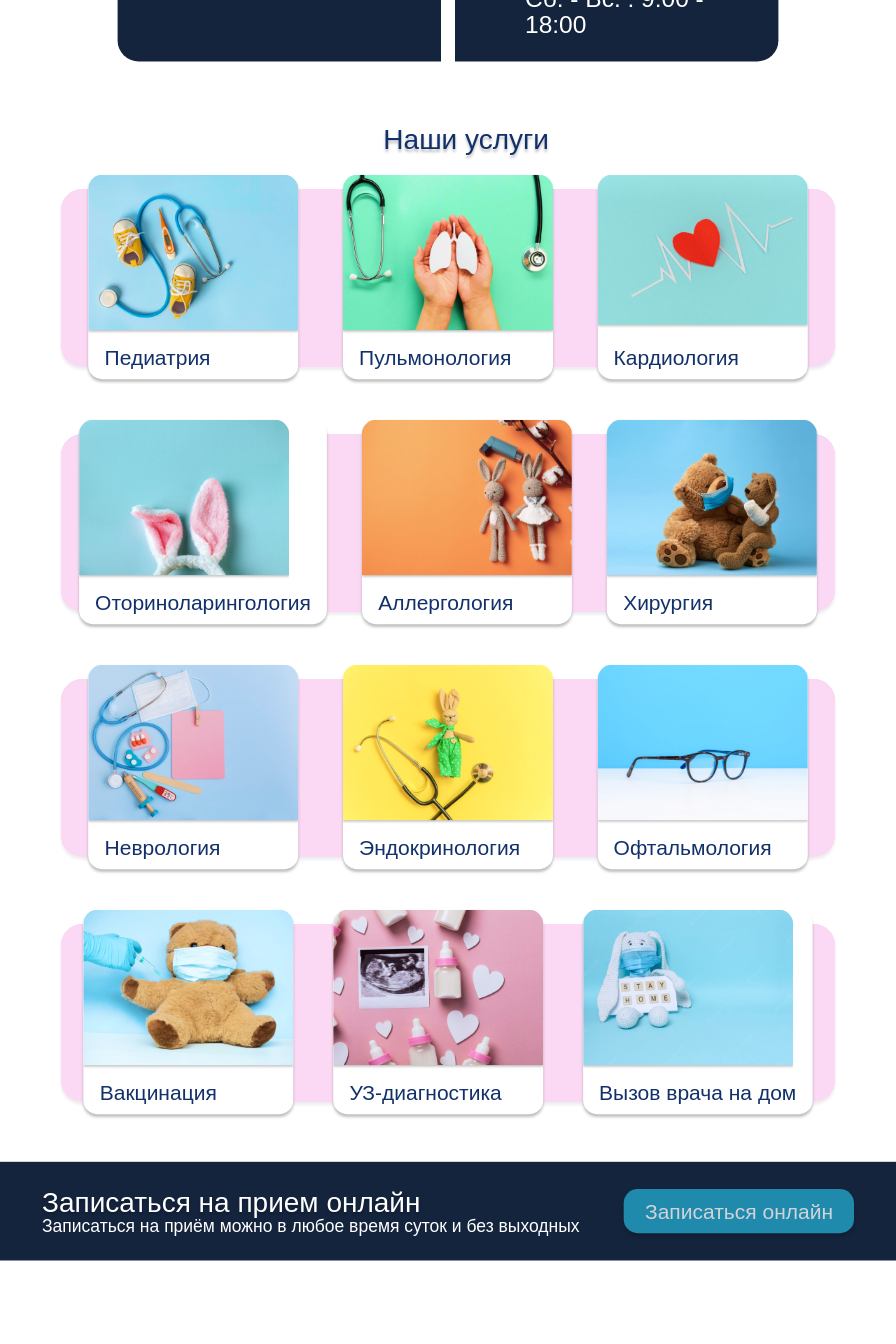
Repository: Normandy72/Landing-Page-Happy-Child
Page: index.html
These files come from the project's save history. The page is drawn as it stood at one moment and after the next save; the edit follows.
The browser window is 1280 px wide. The pictures show the part of the page from y = 1004 to 2924 px (the page is 8630 px tall before and 8638 px after), at 70% of full size.
Some web fonts or font styles are not loaded; a fallback is used.

Above is the page before, as saved 2022-11-12 18:45:26.

### index.html
<!DOCTYPE html>
<html lang="en">
<head>
    <meta charset="UTF-8">
    <meta http-equiv="X-UA-Compatible" content="IE=edge">
    <meta name="viewport" content="width=device-width, initial-scale=1.0">
    <link href="https://fonts.googleapis.com/css2?family=Neucha&display=swap" rel="stylesheet">
    <link href="https://fonts.googleapis.com/css2?family=Coustard:wght@400;900&display=swap" rel="stylesheet">
    <link rel="icon" href="resources/icon/stethoscope.ico" sizes="16x16">
    <link rel="icon" href="resources/icon/stethoscope.ico" sizes="32x32">
    <link rel="icon" href="resources/icon/stethoscope.ico" sizes="64x64">
    <link rel="stylesheet" href="styles/main.css">
    <title>Happy Child</title>
</head>

<body>
    <header>
        <div class="wrapper layout-3-columns">
            <a href="#">
                <div class="header__logo"></div>
            </a>
            <nav class="header__navigation">
                <a class = "navigation__link" href="#">Главная</a>
                <a class = "navigation__link" href="#">Услуги</a>
                <a class = "navigation__link" href="#">Врачи</a>
                <a class = "navigation__link" href="#">Новости</a>
                <a class = "navigation__link" href="#">Запись на прием</a>
                <a class = "navigation__link" href="#">Контакты</a>
            </nav>
            <a href="tel: +375291030303">
                <div class="header__phone"></div>
            </a>
        </div>
    </header>

    <main>
        <section class="section__main">
            <div class="wrapper">
                <div class="main__text">
                    <div class="main__logo"></div>
                    <h1>Медицинский центр для детей</h1>
                    <h6>только актуальные рекомендации, основанные на доказательствах</h6>
                    <button class="button button_accented">Записаться на прием</button>
                </div>
            </div>
        </section>

        <section class="section__information wrapper">
            <div class="information__block block__phone">
                <div class="block__icon"></div>
                <h2>Контакты</h2>
                <h3>+375 29 103-03-03</h3>
                <h3>+375 17 103-03-03</h3>
            </div>
            <div class="information__block block__shedule">
                <div class="block__icon"></div>
                <h2>График работы</h2>
                <h3>Пн. - Пт. :    8:00 - 21:00</h3>
                <h3>Сб. - Вс. :    9:00 - 18:00</h3>
            </div>
        </section>

        <section class="section__services">
            <div class="wrapper">
                <h2 class="heading_dark">Наши услуги</h2>
                <div class="divider"></div>
                <div class="services__cards layout-3-columns">
                    <div class="services__card">
                        <img src="resources/img/services/pediatria.png" alt="pediatria">
                        <h4>Педиатрия</h4>
                    </div>

                    <div class="services__card">
                        <img src="resources/img/services/pulmo.png" alt="pulmo">
                        <h4>Пульмонология</h4>
                    </div>

                    <div class="services__card">
                        <img src="resources/img/services/cardio.png" alt="cardio">
                        <h4>Кардиология</h4>
                    </div>
                </div>

                <div class="services__cards layout-3-columns">
                    <div class="services__card">
                        <img src="resources/img/services/lor.png" alt="lor">
                        <h4>Оториноларингология</h4>
                    </div>

                    <div class="services__card">
                        <img src="resources/img/services/allergo.png" alt="allergo">
                        <h4>Аллергология</h4>
                    </div>

                    <div class="services__card">
                        <img src="resources/img/services/surgery.png" alt="surgery">
                        <h4>Хирургия</h4>
                    </div>
                </div>

                <div class="services__cards layout-3-columns">
                    <div class="services__card">
                        <img src="resources/img/services/neuro.png" alt="neuro">
                        <h4>Неврология</h4>
                    </div>

                    <div class="services__card">
                        <img src="resources/img/services/endocryn.png" alt="endocryn">
                        <h4>Эндокринология</h4>
                    </div>

                    <div class="services__card">
                        <img src="resources/img/services/ophtalm.png" alt="ophtalm">
                        <h4>Офтальмология</h4>
                    </div>
                </div>

                <div class="services__cards layout-3-columns">
                    <div class="services__card">
                        <img src="resources/img/services/vaccination.png" alt="vaccination">
                        <h4>Вакцинация</h4>
                    </div>

                    <div class="services__card">
                        <img src="resources/img/services/usd.png" alt="usd">
                        <h4>УЗ-диагностика</h4>
                    </div>

                    <div class="services__card">
                        <img src="resources/img/services/stayhome.png" alt="stayhome">
                        <h4>Вызов врача на дом</h4>
                    </div>
                </div>
            </div>
        </section>

        <section class="section__addition">
            <div class="wrapper addition__info layout-2-columns">
                <div class="addition__text">
                    <h2>Записаться на прием онлайн</h2>
                    <h5>Записаться на приём можно в любое время суток и без выходных</h5>
                </div>
                <button class="button button_standart">Записаться онлайн</button>
            </div>
        </section>

        <section class="wrapper section__chief layout-2-columns">
            <div class="chief__foto"></div>
            <div class="chief__text">
                <div class="text__lines">
                    <div class="lines__line"></div>
                    <p>“</p>
                    <div class="lines__line"></div>
                </div>
                <h5>Счастливый ребенок – это, прежде всего, ребенок здоровый, и только потом уже читающий
                и играющий на скрипке.</h5>
                <div class="text__lines">
                    <div class="lines__line"></div>
                    <p>”</p>
                    <div class="lines__line"></div>
                </div>
                <div class="chief__signature">
                    <h5>Главный врач клиники</h5>
                    <img class="chief__logo" src="resources/icon/HappyChild_small.svg" alt="logo"></img>
                </div>
                <h5>Самуилова Инна Абрамовна</h5>
            </div>
        </section>

        <section class="wrapper section__doctors">
            <h2>Познакомьтесь с нашими специалистами</h2>
            <h5>Мы гордимся тем, что являемся медицинским центром, где Ваши дети на первом месте!</h5>
            <h5>В кратчайшие сроки мы предоставляем медицинскую помощь высочайшего качества и индивидуальное лечение ведущими специалистами страны.</h5>
            <div class="doctors__arrows">
                <div class="arrow_left"></div>
                <div class="arrow_rigth"></div>
            </div>
            <div class="doctors__cards">
                <div class="doctors__card">
                    <img src="resources/img/doctors/ivanov1.png" alt="ivanov1">
                    <h5>Иванов Илья Денисович</h5>
                    <h6>Врач-оториноларинголог</h6>
                </div>

                <div class="doctors__card">
                    <img src="resources/img/doctors/stanina1.png" alt="stanina1">
                    <h5>Станина Александра Ивановна</h5>
                    <h6>Врач-офтальмолог</h6>
                </div>

                <div class="doctors__card">
                    <img src="resources/img/doctors/tkachenko1.png" alt="tkachenko1">
                    <h5>Ткаченко Антонина Львовна</h5>
                    <h6>Врач-невролог</h6>
                </div>

                <div class="doctors__card">
                    <img src="resources/img/doctors/savenko1.png" alt="savenko1">
                    <h5>Савенко Алина Викторовна</h5>
                    <h6>Врач-педиатр</h6>
                </div>

                <div class="doctors__card">
                    <img src="resources/img/doctors/krotov1.png" alt="krotov1">
                    <h5>Кротов Алексей Геннадьевич</h5>
                    <h6>Врач-хирург</h6>
                </div>

                <div class="doctors__card">
                    <img src="resources/img/doctors/karpovich1.png" alt="karpovich1">
                    <h5>Карпович Анна Игоревна</h5>
                    <h6>Врач-кардиолог</h6>
                </div>

                <div class="doctors__card">
                    <img src="resources/img/doctors/akulich1.png" alt="akulich1">
                    <h5>Акулич Олег Васильевич</h5>
                    <h6>Врач-эндокринолог</h6>
                </div>

                <div class="doctors__card">
                    <img src="resources/img/doctors/astapenko1.png" alt="astapenko1">
                    <h5>Астапенко Ирина Эдуардовна</h5>
                    <h6>Врач УЗ-диагностики</h6>
                </div>
            </div>
        </section>

        <section>
            <div class="section__lines">
                <div></div>
                <div></div>
                <div></div>
            </div>
            <div class="wrapper section__news">
                <h2 class="heading_dark">Новости</h2>
                <div class="news_card">
                    <img src="resources/img/news/news1.png" alt="news1">
                    <h4>25. 07. 2022   15 : 00</h4>
                    <h3>Всемирный день здоровья полости рта</h3>
                    <h5>Взрослея, организм ребенка испытывает множество изменений. В честь Всемирного дня здоровья полости рта наши стоматологи расскажут родителям и детям, как заботиться о зубах и деснах в разных возрастных периодах, какие средства использовать, чтобы смена молочных зубов прошла легко и безболезненно, и еще много-много полезного!</h5>
                    <a href="#">Подробнее...</a>
                </div>

                <div class="news_card">
                    <img src="resources/img/news/news2.png" alt="news1">
                    <h4>27. 07. 2022   13 : 30</h4>
                    <h3>Европейская неделя иммунизации</h3>
                    <h5>Знаете ли Вы, что иммунизация является единственным и надежным способом борьбы с эпидемиологическими заболеваниями, такими как корь, полиомиелит, эпидемический паротит и др.? В рамках Европейской недели иммунизации врач-педиатр Савенко Алина Викторовна познакомит Вас с текущим календарем профилактических прививок и ответит на все волнующие Вас вопросы! </h5>
                    <a href="#">Подробнее...</a>
                </div>

                <div class="news_card">
                    <img src="resources/img/news/news3.png" alt="news1">
                    <h4>28. 07. 2022    16 : 00</h4>
                    <h3>Международный день офтальмологии</h3>
                    <h5>Ухудшение зрения может лишить человека возможности заниматься любимым делом. Хорошо, что современная офтальмология обладает широкими возможностями для лечения многих заболеваний глаз.  Приходите к нам в Международный день офтальмологии и узнайте, что рекомендуют специалисты для профилактии заболеваний глаз.</h5>
                    <a href="#">Подробнее...</a>
                </div>
            </div>
        </section>

        <section class="section__addition">
            <div class="wrapper addition__info layout-2-columns">
                <div class="addition__text">
                    <h2>Подписаться на рассылку</h2>
                    <h5>Будьте в курсе новостей !</h5>
                </div>
                <form class="addition__form">
                    <input class = "addition__input" type="text" value="Email">
                    <button class="button button_standart">Подписаться</button>
                </form>
            </div>
        </section>

        <section class="wrapper section__callback">
            <div class="callback__form">
                <h2 class="heading_dark">Остались вопросы?</h2>
                <h5>Оставьте заявку, мы Вам перезвоним!</h5>
                <form action="">
                    <input class="callback__input" type="text" value="Ваше имя">
			        <input class="callback__input" type="tel" placeholder="Номер телефона" pattern="+375(29,17,33,44)[0-9]{3}-[0-9]{2}-[0-9]{2}" required>
			        <select class="callback__input" name="menu" size="1">
				        <option>Желаемая услуга</option>
				        <option value="ped">Педиатрия</option>
				        <option value="pulmo">Пульмонология</option>
				        <option value="cardio">Кардиология</option>
				        <option value="lor">Оториноларингология</option>
				        <option value="allergo">Аллергология</option>
				        <option value="surg">Хирургия</option>
				        <option value="neuro">Неврология</option>
				        <option value="endocryn">Эндокринология</option>
				        <option value="ophtalm">Офтальмология</option>
				        <option value="vaccin">Вакцинация</option>
				        <option value="usd">УЗ-диагностика</option>
				        <option value="stayhome">Вызов врача на дом</option>
			        </select>
			        <input class="callback__input" type="date" value="2022-01-01" min="2022-01-01" max="2022-12-31">
                    <label class="callback__checkbox">
                        <input type="checkbox">
                        Я даю согласие на хранение и обработку персональных данных
                    </label>
			        <button class="button button_standart">Оставить заявку</button>
                </form>
            </div>
            <div class="callback__photo"></div>
        </section>

        <section class="wrapper section__contacts">
            <h2 class="heading_dark">Ждем Вас в нашем центре !</h2>
            <div class="contacts__info">
                <h3>Контакты</h3>
                <h5>Мы находимся по адресу:</h5>
                <h4>г. Минск, ул. Матусевича, 70</h4>
                <h5>Связаться:</h5>
                <a href="tel: +375291030303">+375 29 103-03-03</a>
                <a href="tel: +375171030303">+375 17 103-03-03</a>
                <h5>Мы в соц. сетях:</h5>
                <div class="contacts__social">
                    <a href="#"></a>
                </div>
                <div class="contacts__social">
                    <a href="#"></a>
                </div>
                <div class="contacts__social">
                    <a href="#"></a>
                </div>
            </div>
            <div class="contacts__map">
                <iframe src="https://www.google.com/maps/embed?pb=!1m18!1m12!1m3!1d2349.7572817965843!2d27.4501670158107!3d53.91828888010291!2m3!1f0!2f0!3f0!3m2!1i1024!2i768!4f13.1!3m3!1m2!1s0x46dbc52f35b245d3%3A0x98f1d72de22c93c4!2z0YPQu9C40YbQsCDQnNCw0YLRg9GB0LXQstC40YfQsCA3MCwg0JzQuNC90YHQug!5e0!3m2!1sru!2sby!4v1659879735812!5m2!1sru!2sby" width="50%" height="562px" style="border:0;" allowfullscreen="" loading="lazy" referrerpolicy="no-referrer-when-downgrade"></iframe>
            </div>
        </section>
    </main>

    <footer>
        <div class="wrapper">
            <h5>ООО “HappyChild” © 2022</h5>
            <a href="#">Политика конфиденциальности</a>
        </div>
    </footer>
</body>
</html>

### styles/main.css
@import url(base.css);
@import url(buttons.css);
@import url(footer.css);
@import url(form.css);
@import url(header.css);
@import url(headings.css);
@import url(layouts.css);
@import url(links.css);
@import url(section_addition.css);
@import url(section_chief.css);
@import url(section_doctors.css);
@import url(section_information.css);
@import url(section_main.css);
@import url(section_services.css);
@import url(variables.css);

### styles/base.css
*{
    margin: 0;
    padding: 0;
    box-sizing: border-box;
}

html{
    scroll-behavior: smooth;
}

body{
    font-family: var(--main-font);
    font-size: 10px;
    color: var(--text-dark-color);
}

.wrapper{
    max-width: 1180px;
    min-width: 480px;
    padding: 0 1%;
    margin: auto;
}

.divider{
    width: 100%;
}

### styles/buttons.css
.button{
    border-radius: 20px;
    border: none;
    filter: drop-shadow(0px 4px 4px rgba(0, 0, 0, 0.25));
    padding: 15px 30px;
    opacity: 0.8;

    font-family: var(--main-font);
    font-style: normal;
    font-weight: 400;
    font-size: var(--buttons-font-size);
    line-height: 33px;
    display: flex;
    align-items: center;
    text-align: center;
    color: var(--buttons-text-color);
}

.button_accented{
    background-color: var(--accented-button-color);
}

.button_standart{
    background-color: var(--standart-button-color);
}

.button:hover{
    cursor: pointer;
    opacity: 1;
}

### styles/header.css
header{
    width: 100%;
    background-color: var(--header-color);
    box-shadow: var(--shadow);
    position: fixed;
    top: 0;
    z-index: 2;
}

header .wrapper{
    padding-top: 30px;
    padding-bottom: 20px;
}

.header__logo{
    background-image: url(../resources/icon/HappyChild_small.svg);
    background-repeat: no-repeat;
    width: 136px;
    height: 31px;
}

.header__logo:hover{
    transform: scale(1.2);
    transition-duration: 0.5s;
}

.header__navigation{
    display: flex;
    align-items: center;
    justify-content: space-between;
}

.navigation__link{
    padding-right: 25px;
}

.header__phone{
    background-image: url(../resources/icon/phone.svg);
    background-repeat: no-repeat;
    width: 32px;
    height: 32px;
}

.header__phone:hover{
    transform: scale(1.2);
    transition-duration: 0.5s;
}

### styles/headings.css
h1{
    font-size: var(--h1-font-size);
    font-style: normal;
    font-weight: 400;
    line-height: 50px;
}

h2{
    font-size: var(--h2-font-size);
    font-style: normal;
    font-weight: 400;
    line-height: 42px;
    text-shadow: var(--shadow);
}

h3{
    font-size: var(--h3-font-size);
    font-style: normal;
    font-weight: 400;
    line-height: 37px;
}

h4{
    font-size: var(--h4-font-size);
    font-style: normal;
    font-weight: 400;
    line-height: 32px;
}

h5{
    font-size: var(--h5-font-size);
    font-style: normal;
    font-weight: 400;
    line-height: 27px;
}

h6{
    font-size: var(--h6-font-size);
    font-style: normal;
    font-weight: 400;
    line-height: 22px;
}

### styles/layouts.css
.layout-3-columns{
    display: flex;
    align-items: center;
    justify-content: space-between;
    flex-wrap: wrap;
    flex-basis: 33%;
}

.layout-2-columns{
    display: flex;
    align-items: center;
    justify-content: space-between;
    flex-wrap: wrap;
    flex-basis: 45%;
}

### styles/links.css
a{
    text-decoration: none;
    color: var(--links-color);
    text-shadow: var(--shadow);
    font-size: var(--links-font-size);
}

a:hover{
    cursor: pointer;
    color: var(--links-hover-color);
    transition: var(--transition);
}

### styles/section_addition.css
.section__addition{
    color: var(--text-ligth-color);
    background-color: var(--added-blocks-color);
}

.addition__info{
    padding: 36px 10px;
}

### styles/section_doctors.css
.section__doctors h2{
    padding-bottom: 22px;
}

.section__doctors h5:nth-child(3){
    padding-bottom: 30px;
}

.doctors__arrows{
    display: flex;
    justify-content: space-between;
}

.doctors__arrows>div{
    width: 40px;
    height: 10px;
    margin-bottom: 22px;
    background-size: contain;
    background-repeat: no-repeat;
}

.arrow_left{
    background-image: url(../resources/icon/arrow_left.svg);
}

.arrow_rigth{
    background-image: url(../resources/icon/arrow_right.svg);
}

/* Cards */
.doctors__card{
    background-color: var(--cards-color);
}

### styles/section_information.css
.section__information{
    margin-top: -15px;
    display: flex;
    justify-content: center;
    color: var(--text-ligth-color);
    margin-bottom: 150px;
}

.information__block{
    width: 40%;
    background-color: var(--added-blocks-color);
    padding: 35px 60px 35px 100px;
}

.information__block h2{
    margin: -55px 0 40px 80px;
}

.block__phone{
    border-radius: 30px 30px 0 30px;
    margin-right: 10px;
}

.block__shedule{
    border-radius: 30px 30px 30px 0;
    margin-left: 10px;
}

.block__icon{
    background-size: contain;
    background-repeat: no-repeat;
}

.block__phone .block__icon{
    width: 63px;
    height: 63px;
    background-image: url(../resources/icon/phone.svg);
}

.block__shedule .block__icon{
    width: 70px;
    height: 70px;
    background-image: url(../resources/icon/watch.svg);
}

### styles/section_main.css
.section__main{
    width: 100%;
    height: 750px;
    background-image: url(../resources/img/girl.jpg);
    background-size: cover;
    background-repeat: no-repeat;
}

.main__text{
    padding-top: 165px;
    width: 540px;
    display: flex;
    flex-direction: column;
    align-items: center;
}

.main__logo{
    background-image: url(../resources/icon/HappyChild_big.png);
    background-repeat: no-repeat;
    width: 388px;
    height: 99px;
    margin-bottom: 5px;
}

.main__text h1{
    padding-bottom: 15px;
    text-shadow: var(--shadow);
}

.main__text h6{
    padding-bottom: 65px;
    text-shadow: var(--shadow);
}

### styles/section_services.css
.section__services .layout-3-columns{
    justify-content: space-evenly;
}

.section__services h2{
    display: block;
    margin: -60px 0 40px 42%;
}

.services__cards{
    background-image: url(../resources/img/line.svg);
    background-position: center;
    background-repeat: no-repeat;
    margin-bottom: 68px;
}

.services__card{
    background-color: var(--cards-color);
    border-radius: 20px;
    box-shadow: var(--shadow);
    margin-top: -10px;
}

.services__card img{
    border-radius: 20px 20px 0 0;
}

.services__card h4{
    padding: 15px 23px;
}

.services__card:hover{
    transform: scale(1.1);
    transition-duration: 0.5s;
    cursor: pointer;
}

### styles/variables.css
:root{
    /* fonts */
    --main-font: 'Neucha', Arial, cursive;
    --second-font:'Coustard', Arial;

    /* font sizes */
    --h1-font-size: 45px;
    --h2-font-size: 40px;
    --h3-font-size: 35px;
    --h4-font-size: 30px;
    --h5-font-size: 25px;
    --h6-font-size: 20px;
    --links-font-size: 25px;
    --buttons-font-size: 30px;

    /* colors */
    --header-color: rgba(35, 164, 201, 0.9);
    --links-color:  #FFFFFF;
    --links-hover-color: #12306A;
    --text-dark-color:#12306A;
    --text-ligth-color:#FFFFFF;
    --buttons-text-color: #FFFFFF;
    --accented-button-color: hsl(313, 94%, 45%);
    --standart-button-color:rgba(35, 164, 201);
    --added-blocks-color: #14243D;
    --cards-color: white;
    --cards-border-color:#CECECE;

    /* transition */
    --transition: all .3s ease-out;

    /* other */
    --shadow: 0px 4px 4px rgba(0, 0, 0, 0.25);
}

Loaded but not shown: styles/section_chief.css (60 lines, source omitted); styles/footer.css (no copy from this time; the picture is the same without it); styles/form.css (no copy from this time; the picture is the same without it)

After the next save:
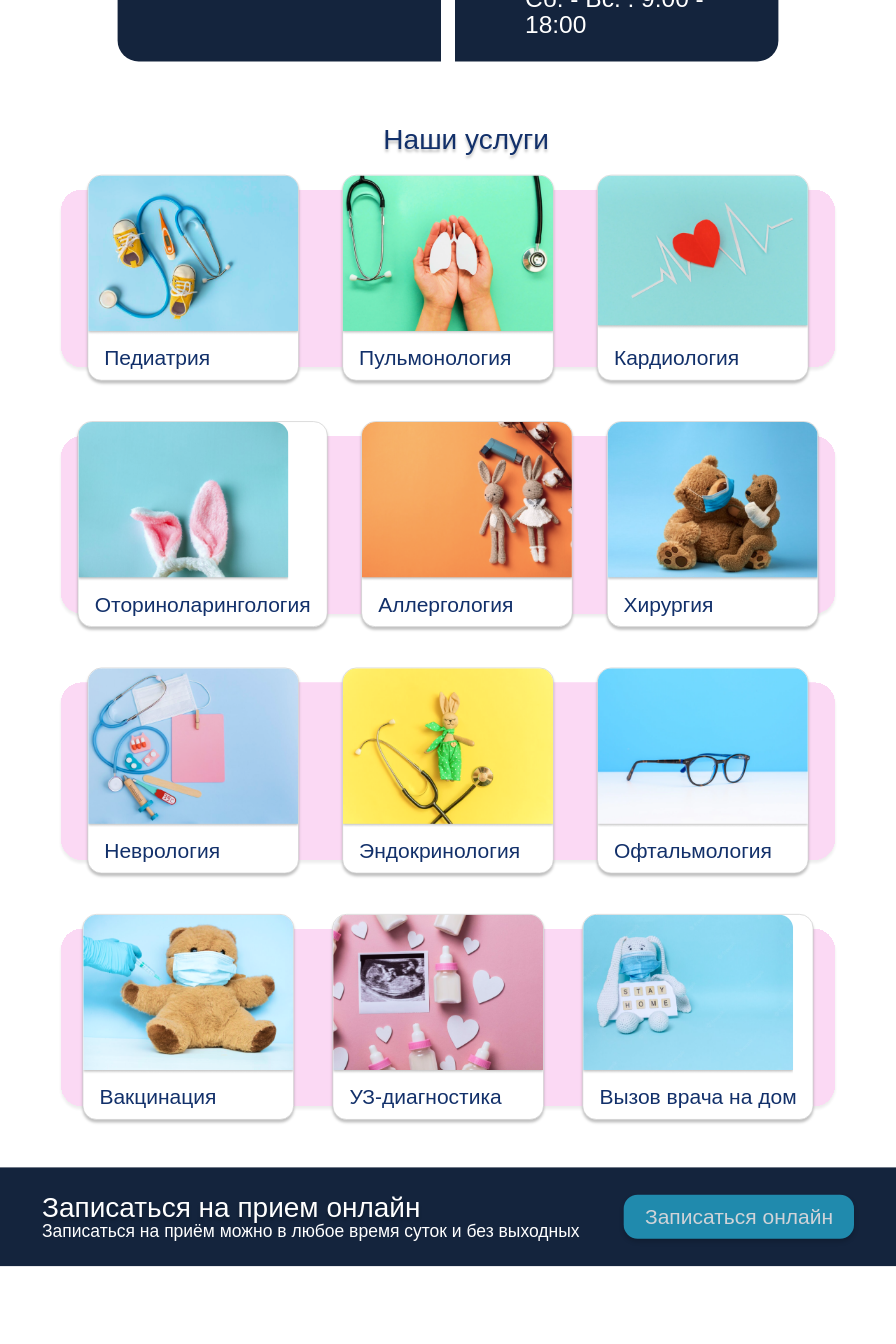
Saved 44 s later.
--- a/styles/section_services.css
+++ b/styles/section_services.css
@@ -16,6 +16,7 @@
 
 .services__card{
     background-color: var(--cards-color);
+    border: 1px solid var(--cards-border-color);
     border-radius: 20px;
     box-shadow: var(--shadow);
     margin-top: -10px;
